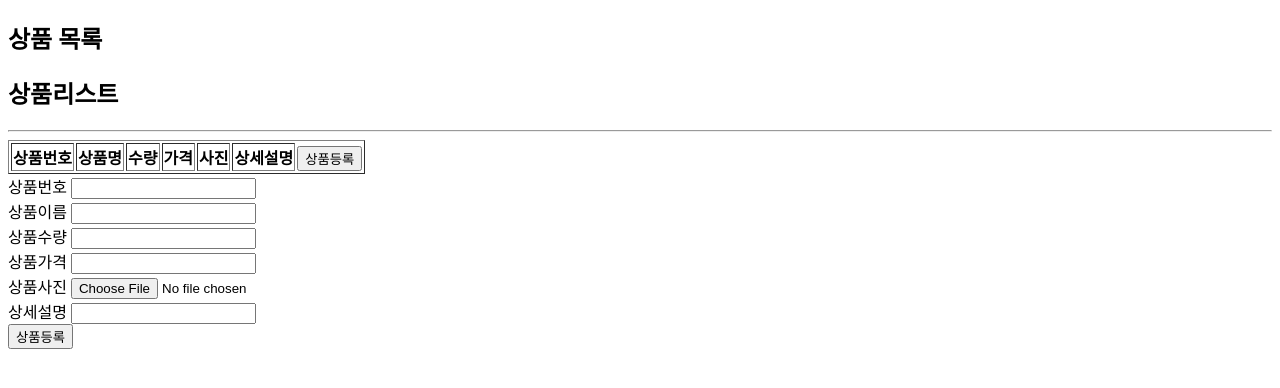
Repository: 0hmuse/day0330-2
Page: bitshop/src/main/resources/static/goods/goodslist2.html
These files come from the project's save history. The page is drawn as it stood at one moment and after the next save; the edit follows.
The browser window is 1280 px wide. The pictures show the whole page.
The page's requests for data from a server got no answer.

Above is the page before, as saved 2020-03-27 08:13:39.

### bitshop/src/main/resources/static/goods/goodslist2.html
<!DOCTYPE html>
<html>
<head>
<meta charset="EUC-KR">
<title>Insert title here</title>
<script type="text/javascript" src="https://code.jquery.com/jquery-3.4.1.min.js"></script>
<script type="text/javascript">
$(function(){
	var arr;
	var idx;

	//처음 접속하면 모든 리스트 출력
	listAll()

	//모든리스트 메소드
	function listAll(){
		var th1 = $("<th>상품번호</th>");
		var th2 = $("<th>상품명</th>");
		var th3 = $("<th>수량</th>");
		var th4 = $("<th>가격</th>");
		var th5 = $("<th>사진</th>");
		var th6 = $("<th>상세설명</th>");
		var btn = $("<button id='btnAdd'>상품등록</button>")
		$("#tb").append(th1,th2,th3,th4,th5,th6,btn);
		$.getJSON("/listAll",function(data){
			arr = data;
			$.each(data,function(idx,goods){

				var tr = $("<tr></tr>").attr("idx",idx);
				var no = $("<td></td>").html(goods.no);
				var item = $("<td></td>").html(goods.item)
				var qty = $("<td></td>").html(goods.qty);
				var price = $("<td></td>").html(goods.price);
				var img = $("<img/>").attr({"src":"/img/"+goods.fname, "width":100, "height":100});
				var fname = $("<td></td>").append(img);
				var detail = $("<td></td>").html(goods.detail);
				var btnDel = $("<button>삭제</button>");
				var aDel = $("<td></td>").append(btnDel);
				tr.append(no,item,qty,price,fname,detail,aDel);
				$("#tb").append(tr);
			});
		});
	}

	$("#Add").click(function(){
		var data = $("#f").serialize();
		alert(data);
		$.ajax("/insert",{data:data,success:function(r){
			alert(r);
		}});
	})

});
</script>
</head>
<body>
<h2 id="title">상품 목록</h2>
<form id="f">
<h2>상품리스트</h2>
<hr>
	<table id="tb" border="1">
	</table>
	상품번호 <input type="text" id="no" name="no"><br>
	상품이름 <input type="text" id="item" name="item"><br>
	상품수량 <input type="text" id="qty" name="qty"><br>
	상품가격 <input type="text" id="price" name="price"><br>
	상품사진 <input type="file" id="fname" name="fname"><br>
	상세설명 <input type="text" id="detail" name="detail"><br>
	<button id="Add">상품등록</button>
</form>

</body>
</html>

After the next save:
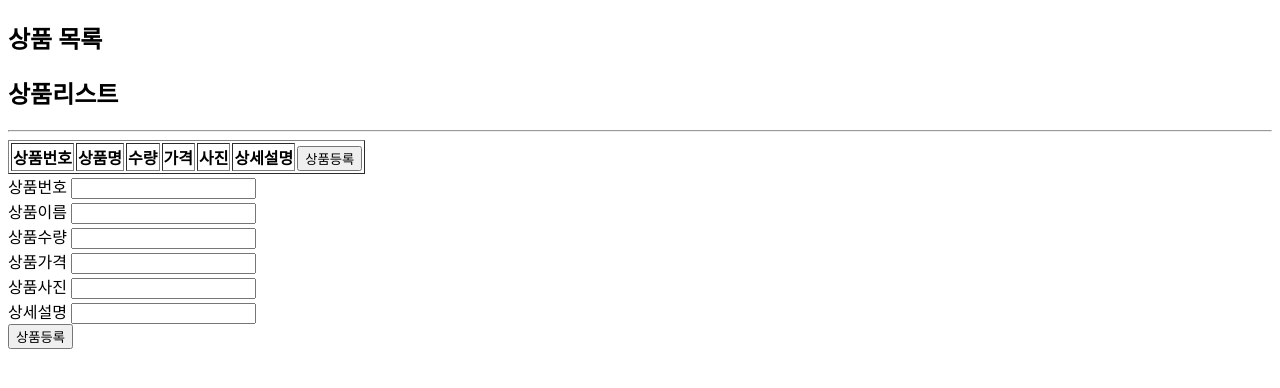
Saved 97 s later.
--- a/bitshop/src/main/resources/static/goods/goodslist2.html
+++ b/bitshop/src/main/resources/static/goods/goodslist2.html
@@ -64,7 +64,7 @@ $(function(){
 	상품이름 <input type="text" id="item" name="item"><br>
 	상품수량 <input type="text" id="qty" name="qty"><br>
 	상품가격 <input type="text" id="price" name="price"><br>
-	상품사진 <input type="file" id="fname" name="fname"><br>
+	상품사진 <input type="text" id="fname" name="fname"><br>
 	상세설명 <input type="text" id="detail" name="detail"><br>
 	<button id="Add">상품등록</button>
 </form>
